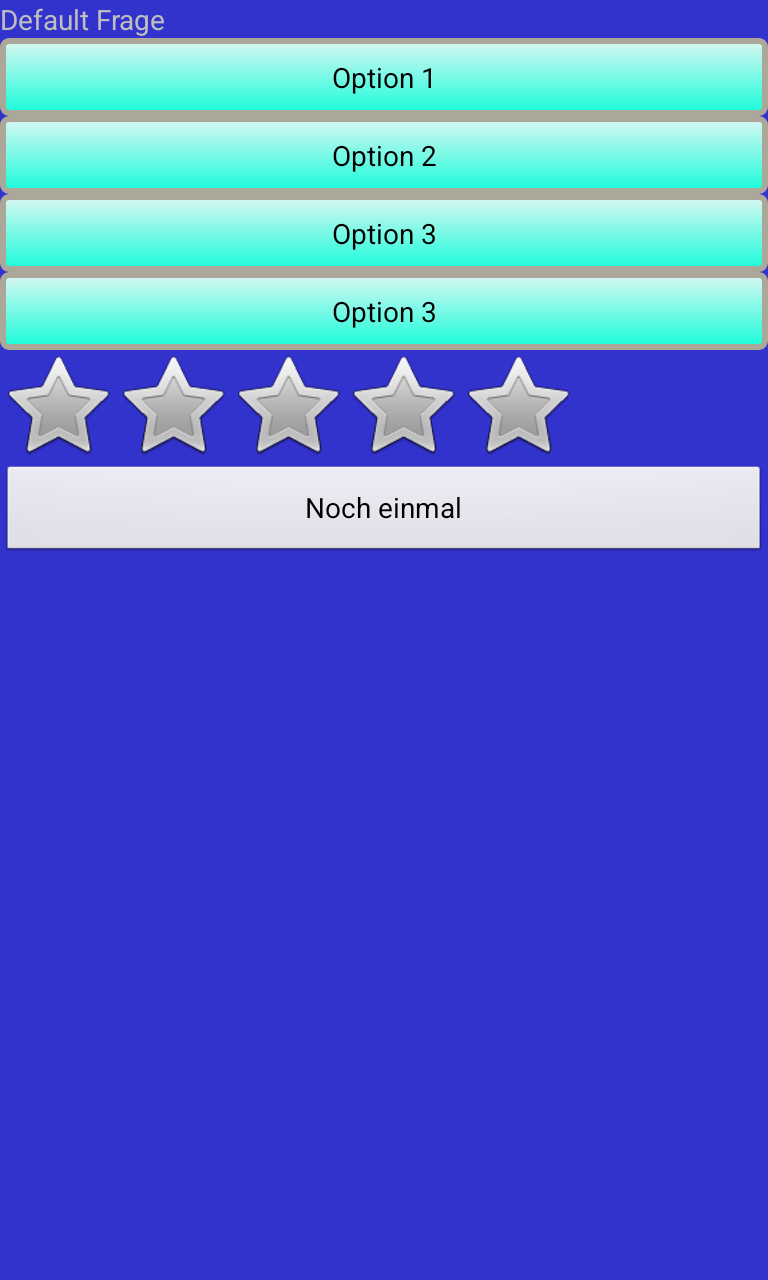
Repository: rueckemann/WWM
Layout: WWM/res/layout/main.xml
These files come from the project's save history. The layout is drawn as it stood at one moment and after the next save; the edit follows.
It is drawn on a 768 x 1280 px phone screen (xhdpi) without system bars, with theme WWM_Style; the app's code is not run.

Above is the layout before, as saved 2012-02-20 20:01:47.

### WWM/res/layout/main.xml
<?xml version="1.0" encoding="utf-8"?>

<LinearLayout xmlns:android="http://schemas.android.com/apk/res/android"
	    android:id="@+id/Layout1"
	    android:layout_width="fill_parent"
	    android:layout_height="fill_parent"
	    android:orientation="vertical" >


    <TextView
        android:id="@+id/tvQuestion"
        android:layout_width="fill_parent"
        android:layout_height="wrap_content"
        android:text="@string/frage" />

		<Button
            android:id="@+id/btOption1"
            android:layout_width="fill_parent"
            android:layout_height="wrap_content"
            android:background="@drawable/button_selector"
            android:text="@string/option1" />
    <Button
        android:id="@+id/btOption2"
        android:layout_width="fill_parent"
        android:layout_height="wrap_content"
        android:background="@drawable/button_selector"
        android:text="@string/option2"  />

    <Button
        android:id="@+id/btOption3"
        android:layout_width="fill_parent"
        android:layout_height="wrap_content"
        android:background="@drawable/button_selector"
        android:text="@string/option3" />


    <Button
        android:id="@+id/btOption4"
        android:layout_width="fill_parent"
        android:layout_height="wrap_content"
        android:background="@drawable/button_selector"
        android:text="@string/option4" />

 <RatingBar
        android:id="@+id/ratingBar1"
        android:layout_width="wrap_content"
        android:layout_height="wrap_content"
        android:stepSize="1"
        android:numStars="5" />

    <Button
        android:id="@+id/btRetry"
        android:layout_width="fill_parent"
        android:layout_height="wrap_content"
        android:text="@string/retry" />

</LinearLayout>

### WWM/res/values/styles.xml
<?xml version="1.0" encoding="utf-8"?>
<resources>

   <style name="WWM_Style" parent="android:Theme">
        <item name="android:windowTitleBackgroundStyle">@color/titlebackgroundcolor</item>
        <item name="android:background">@color/titlebackgroundcolor</item>
        <item name="android:windowBackground">@color/backgroundcolor</item>
    		<item name="android:colorBackground">@color/backgroundcolor</item>
    </style>
</resources>

### WWM/res/values/colors.xml
<?xml version="1.0" encoding="utf-8"?>
<resources>
     <color name="black">#000</color>
     <color name="blue">#00f</color>
     <color name="red">#f00</color>
     <color name="grey">#f00</color>
     <color name="yellow1">#F9E60E</color>
	   <color name="yellow2">#F9F89D</color>
	   <color name="orange4">#F7BE45</color>
	   <color name="orange5">#F7D896</color>
	   <color name="blue2">#19FCDA</color>
	   <color name="blue25">#D9F7F2</color>
	   <color name="grey05">#ACA899</color>
	   <color name="white1">#FFFFFF</color>
	   <color name="white2">#DDDDDD</color>

     <color name="titlebackgroundcolor">#3232CD</color>
     <color name="backgroundcolor">#3232CD</color>
     <color name="titletextcolor">#FFFF00</color>

</resources>

### WWM/res/values/strings.xml
<?xml version="1.0" encoding="utf-8"?>
<resources>

    <string name="app_name">Wer wird Millionär?</string>

    <string name="frage">Default Frage</string>
    <string name="stufe">Stufe 1</string>
    <string name="option1">Option 1</string>
    <string name="option2">Option 2</string>
    <string name="option3">Option 3</string>
    <string name="option4">Option 3</string>

    <string name="retry">Noch einmal</string>
</resources>

### WWM/res/drawable-hdpi/button_selector.xml
<?xml version="1.0" encoding="UTF-8"?>

<selector
    xmlns:android="http://schemas.android.com/apk/res/android">

    <item android:state_pressed="true" >
        <shape>
            <gradient
                android:startColor="@color/blue"
                android:endColor="@color/blue"
                android:angle="270" />
            <stroke
                android:width="3dp"
                android:color="@color/grey" />
            <corners
                android:radius="3dp" />
            <padding
                android:left="10dp"
                android:top="10dp"
                android:right="10dp"
                android:bottom="10dp" />
        </shape>
    </item>

    <item android:state_focused="true" >
        <shape>
            <gradient
                android:endColor="@color/orange4"
                android:startColor="@color/orange5"
                android:angle="270" />
            <stroke
                android:width="3dp"
                android:color="@color/grey05" />
            <corners
                android:radius="3dp" />
            <padding
                android:left="10dp"
                android:top="10dp"
                android:right="10dp"
                android:bottom="10dp" />
        </shape>
    </item>

    <item>
        <shape>
            <gradient
                android:endColor="@color/blue2"
                android:startColor="@color/blue25"
                android:angle="270" />
            <stroke
                android:width="3dp"
                android:color="@color/grey05" />
            <corners
                android:radius="3dp" />
            <padding
                android:left="10dp"
                android:top="10dp"
                android:right="10dp"
                android:bottom="10dp" />
        </shape>
    </item>
</selector>

After the next save:
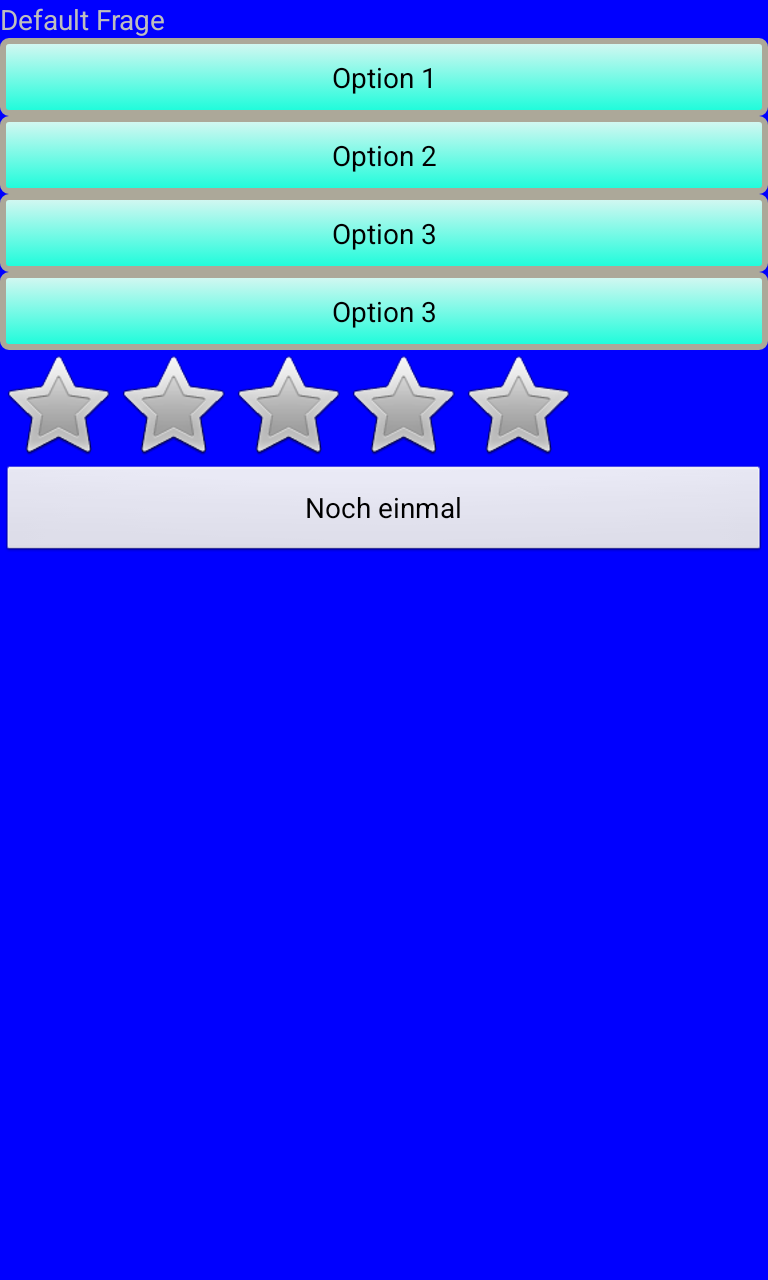
Saved 62 s later.
--- a/WWM/res/values/styles.xml
+++ b/WWM/res/values/styles.xml
@@ -3,7 +3,7 @@
 
    <style name="WWM_Style" parent="android:Theme">
         <item name="android:windowTitleBackgroundStyle">@color/titlebackgroundcolor</item>
-        <item name="android:background">@color/titlebackgroundcolor</item>
+        <item name="android:background">@color/blue</item>
         <item name="android:windowBackground">@color/backgroundcolor</item>
     		<item name="android:colorBackground">@color/backgroundcolor</item>
     </style>
